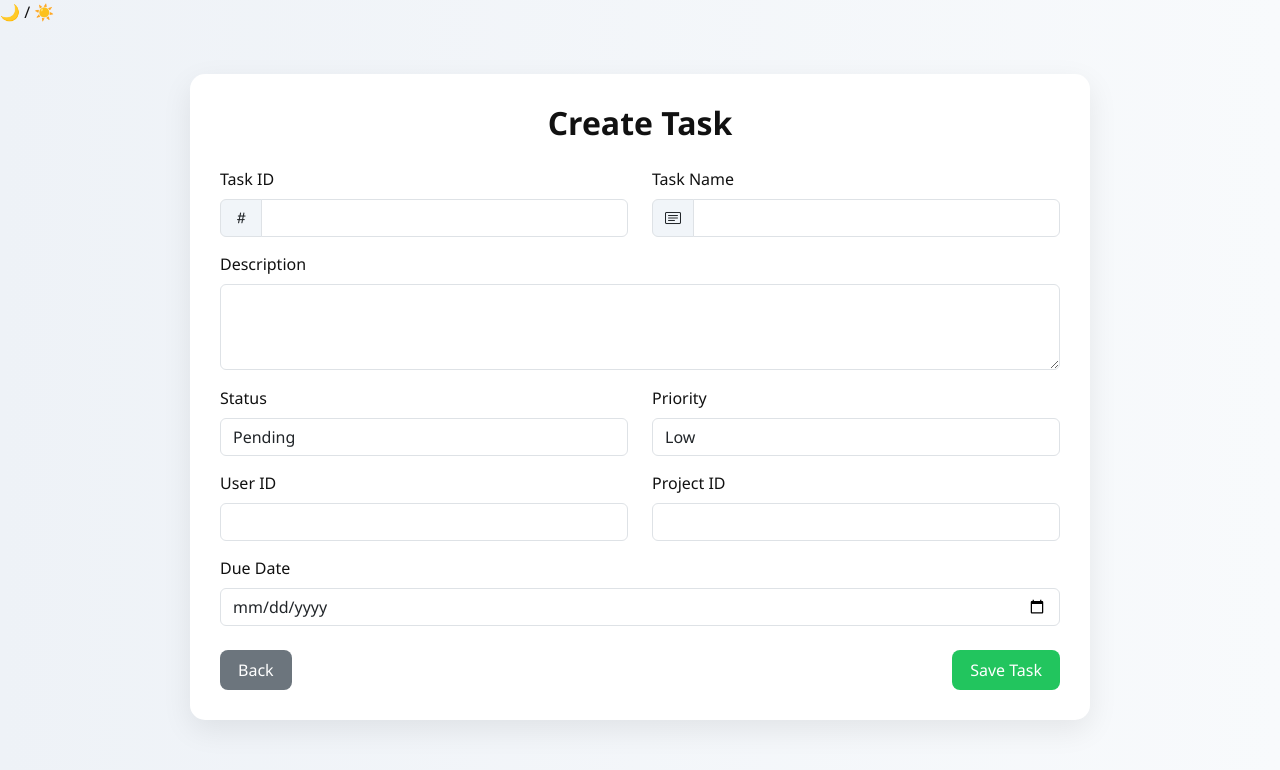
Repository: Rohan-911/task-management
Page: http://localhost/taskservice/create-task
These files come from the project's save history. The page is drawn as it stood at one moment and after the next save; the edit follows.
The browser window is 1280 px wide. The pictures show the whole page.
The page is this project's Thymeleaf template; nobody is signed in. The template is opened directly, without the code that normally fills it, so the values that code supplies are empty.

Above is the page before, as saved 2026-04-19 12:31:12.

### frontend/src/main/resources/templates/taskservice/create-task.html
<!DOCTYPE html>
<html xmlns:th="http://www.thymeleaf.org">

<head>
    <title>Create Task</title>

    <!-- Bootstrap + Icons -->
    <link href="https://cdn.jsdelivr.net/npm/bootstrap@5.3.0/dist/css/bootstrap.min.css" rel="stylesheet">
    <link href="https://cdn.jsdelivr.net/npm/bootstrap-icons/font/bootstrap-icons.css" rel="stylesheet">
		<style>

	/* LIGHT MODE */
	body {
	    background: #f5f7fb;
	    color: #111;
	}

	/* DARK MODE */
	body.dark-mode {
	    background: #0f172a;
	    color: #e2e8f0;
	}

	/* CARD */
	body.dark-mode .form-card,
	body.dark-mode .card,
	body.dark-mode .container {
	    background: #1e293b !important;
	    color: #e2e8f0;
	}

	/* LABELS (IMPORTANT FIX) */
	body.dark-mode label {
	    color: #cbd5e1 !important;
	}

	/* INPUTS */
	body.dark-mode input,
	body.dark-mode select,
	body.dark-mode textarea {
	    background: #334155 !important;
	    color: #f1f5f9 !important;
	    border: 1px solid #475569 !important;
	}

	/* PLACEHOLDER */
	body.dark-mode input::placeholder {
	    color: #94a3b8;
	}

	/* BUTTONS */
	body.dark-mode .btn-secondary {
	    background: #475569;
	    border: none;
	}

	body.dark-mode .btn-success {
	    background: #22c55e;
	}

	/* REMOVE ANY FADE EFFECT */
	body.dark-mode * {
	    opacity: 1 !important;
	}

	</style>
    <style>
        body {
            background: linear-gradient(to right, #eef2f7, #f8fafc);
            font-family: 'Segoe UI', sans-serif;
        }

        .form-container {
            max-width: 900px;
            margin: 50px auto;
        }

        .form-card {
            background: white;
            border-radius: 15px;
            padding: 30px;
            box-shadow: 0 10px 30px rgba(0,0,0,0.08);
        }

        .form-title {
            text-align: center;
            font-weight: 700;
            margin-bottom: 25px;
        }

        .form-label {
            font-weight: 500;
        }

        .input-group-text {
            background: #f1f5f9;
        }

        .form-control:focus {
            border-color: #6366f1;
            box-shadow: 0 0 5px rgba(99,102,241,0.3);
        }

        .btn {
            border-radius: 8px;
            padding: 8px 18px;
        }

        .btn-success {
            background: #22c55e;
            border: none;
        }

        .btn-success:hover {
            background: #16a34a;
        }

        .btn-secondary {
            border: none;
        }

        .row-gap {
            margin-bottom: 15px;
        }
    </style>
</head>

<body>
	<input type="checkbox" id="themeToggle" hidden>

	<label for="themeToggle" class="theme-btn">
	    🌙 / ☀️
	</label>

<div class="form-container">

    <div class="form-card">

        <h2 class="form-title"> Create Task</h2>

        <form th:action="@{/tasks/create}" th:object="${task}" method="post">

            <div class="row">

                <!-- Task ID -->
                <div class="col-md-6 row-gap">
                    <label class="form-label">Task ID</label>
                    <div class="input-group">
                        <span class="input-group-text"><i class="bi bi-hash"></i></span>
                        <input type="number" th:field="*{taskID}" class="form-control" required>
                    </div>
                </div>

                <!-- Task Name -->
                <div class="col-md-6 row-gap">
                    <label class="form-label">Task Name</label>
                    <div class="input-group">
                        <span class="input-group-text"><i class="bi bi-card-text"></i></span>
                        <input type="text" th:field="*{taskName}" class="form-control" required>
                    </div>
                </div>

            </div>

            <!-- Description -->
            <div class="mb-3">
                <label class="form-label">Description</label>
                <textarea th:field="*{description}" class="form-control" rows="3"></textarea>
            </div>

            <div class="row">

                <!-- Status -->
                <div class="col-md-6 row-gap">
                    <label class="form-label">Status</label>
                    <select th:field="*{status}" class="form-control" required>
                        <option value="Pending">Pending</option>
                        <option value="In Progress">In Progress</option>
                        <option value="Completed">Completed</option>
                    </select>
                </div>

                <!-- Priority -->
                <div class="col-md-6 row-gap">
                    <label class="form-label">Priority</label>
                    <select th:field="*{priority}" class="form-control" required>
                        <option value="Low">Low</option>
                        <option value="Medium">Medium</option>
                        <option value="High">High</option>
                    </select>
                </div>

            </div>

            <div class="row">

                <!-- User ID -->
                <div class="col-md-6 row-gap">
                    <label class="form-label">User ID</label>
                    <input type="number" th:field="*{userID}" class="form-control" required>
                </div>

                <!-- Project ID -->
                <div class="col-md-6 row-gap">
                    <label class="form-label">Project ID</label>
                    <input type="number" th:field="*{projectID}" class="form-control" required>
                </div>

            </div>

            <!-- Due Date -->
            <div class="mb-3">
                <label class="form-label">Due Date</label>
                <input type="date" class="form-control" th:field="*{dueDate}">
            </div>

            <!-- BUTTONS -->
            <div class="d-flex justify-content-between mt-4">
                <a href="/tasks" class="btn btn-secondary"> Back</a>
                <button type="submit" class="btn btn-success"> Save Task</button>
            </div>

        </form>

    </div>

</div>

</body>
</html>

After the next save:
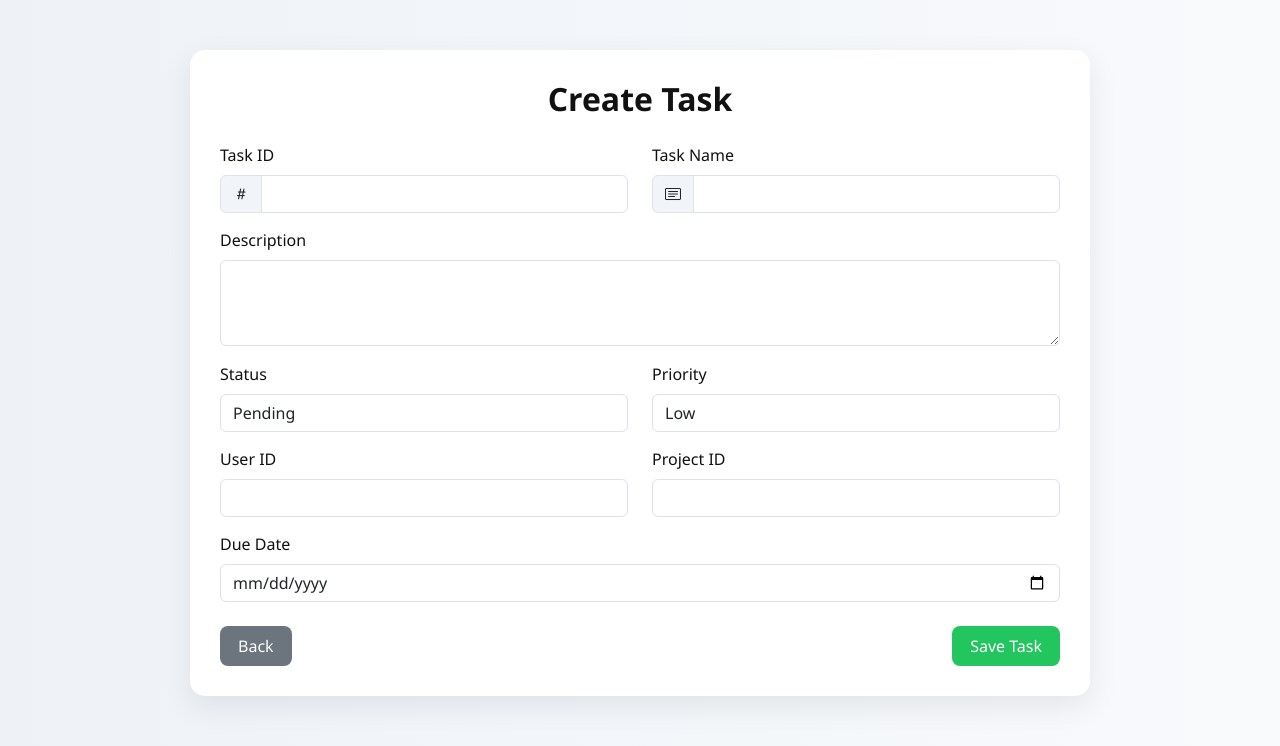
Saved 44 s later.
--- a/frontend/src/main/resources/templates/taskservice/create-task.html
+++ b/frontend/src/main/resources/templates/taskservice/create-task.html
@@ -126,11 +126,6 @@
 </head>
 
 <body>
-	<input type="checkbox" id="themeToggle" hidden>
-
-	<label for="themeToggle" class="theme-btn">
-	    🌙 / ☀️
-	</label>
 
 <div class="form-container">
 
